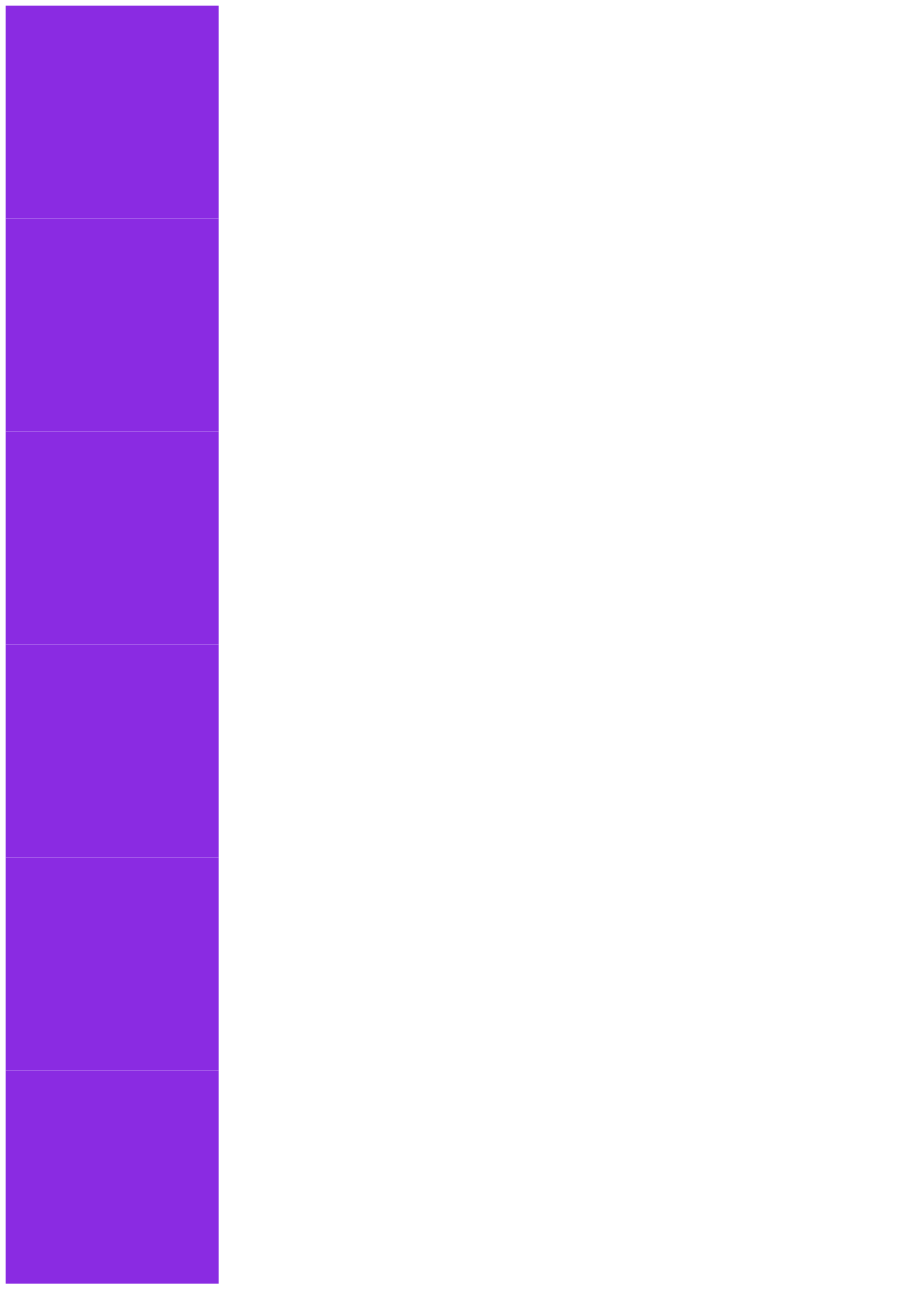
Repository: TzStrikerYT/Dise-o-web-NA00
Page: Proyecto-01/index.html
An editor plug-in stored every save of this project. The page is shown before and after the next save, followed by the edit.
The browser window is 1280 px wide. The pictures show the whole page, at 71% of full size.

Above is the page before, as saved 2024-08-21 20:42:30.

After the next save:
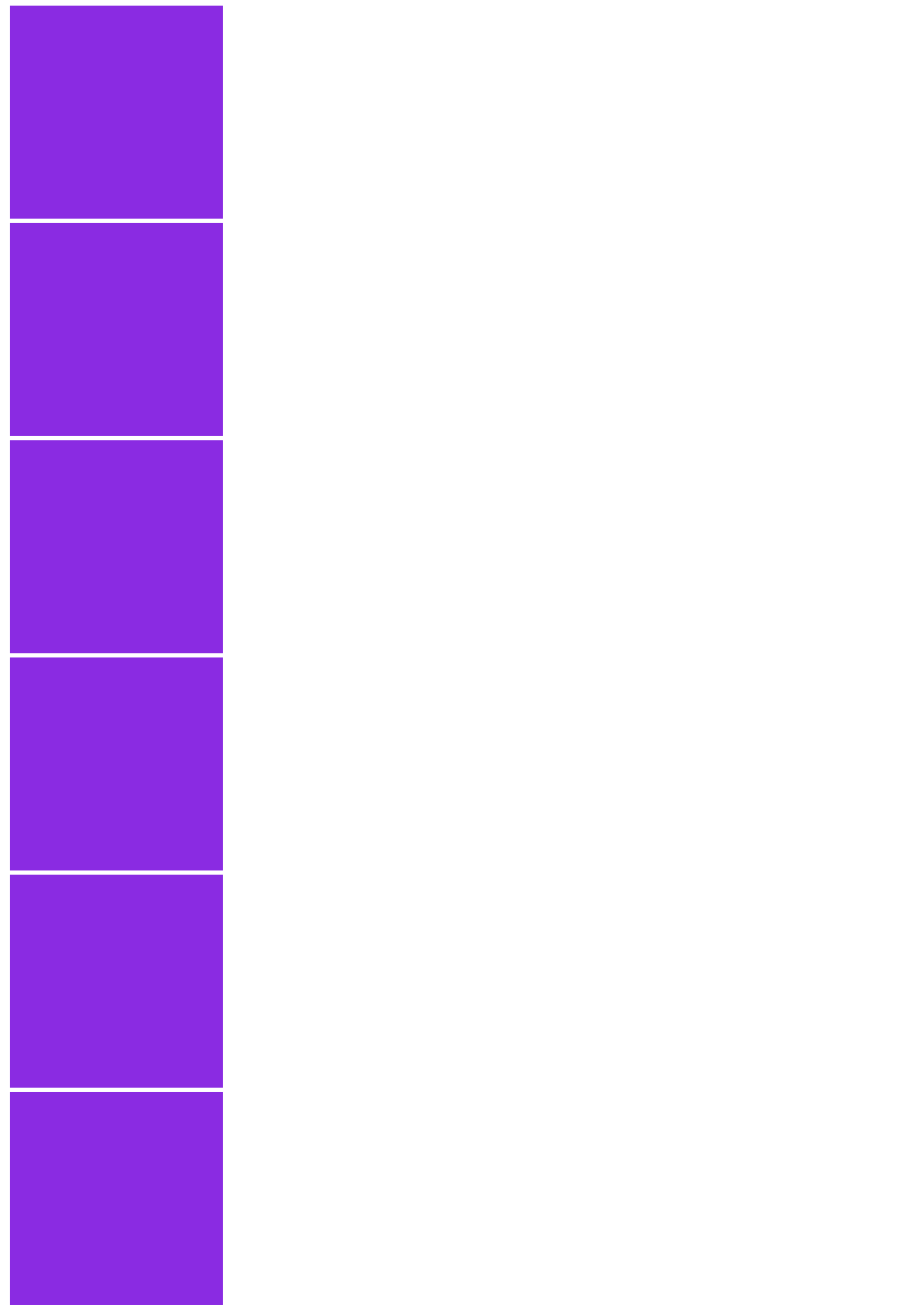
Saved 19 s later.
--- a/Proyecto-01/style.css
+++ b/Proyecto-01/style.css
@@ -2,4 +2,5 @@
     width: 300px;
     height: 300px;
     background-color: blueviolet;
+    margin: 6px;
 }
